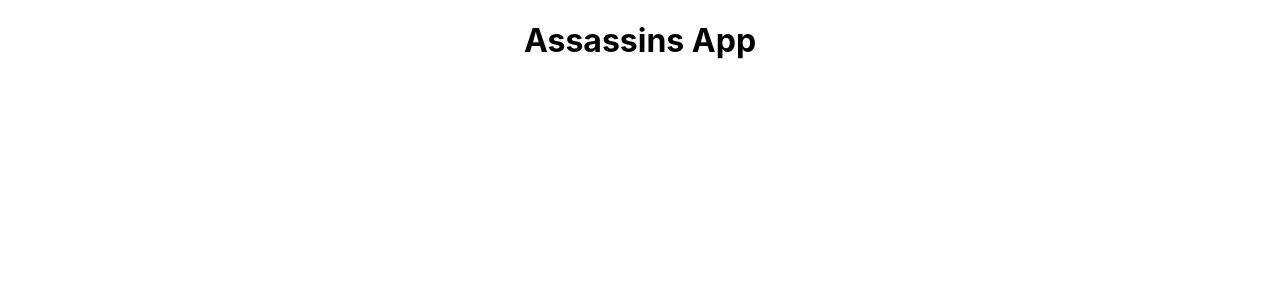
Repository: adrianle060606/assassinsApp
Page: /
These files come from the project's save history. The page is drawn as it stood at one moment and after the next save; the edit follows.
The browser window is 1280 px wide. The pictures show the whole page.
The page's requests for data from a server got no answer. The project was rebuilt for these pictures with package versions that can differ from the ones it lists, and the page was loaded fresh each time. No one was signed in, and anything a server would have sent is missing.

Above is the page before, as saved 2024-02-21 11:42:15.

### src/App.js
import logo from './logo.svg';
import './App.css';
import { Component } from 'react';
import {collection, getDocs, getFirestore} from 'firebase/firestore/lite';
import {app} from './firebase'

class App extends Component{

  constructor(props) {
    super(props);
    this.state = {
      notes:[]
    }
  }

  async refreshNotes() {
    var notesList = []
    const db = getFirestore(app);
    const notesCol = collection(db, 'notes');
    const notesSnapshot = await getDocs(notesCol);

    notesSnapshot.forEach(doc=> {
      let note=doc.data();
      note.id = doc.id;
      notesList.push(note);
    });

    this.setState({notes:notesList});


  }

  componentDidMount() {
    this.refreshNotes();
  }

  render() {
    const {notes} = this.state;

    return (
      <div className="App">
        <h1>Assassins App</h1>

        {notes.map(note=>
        <p>
        <b>* {note.description}</b>
        </p>
        )}
      </div>
    );
  }

}

export default App;

### src/firebase.js
import {initializeApp} from "firebase/app"

const firebaseConfig = {
    apiKey: "AIzaSyCCYyCPOYkv_amelZvxQo2RoSGBR_lOJPo",
    authDomain: "assassins-cfd69.firebaseapp.com",
    projectId: "assassins-cfd69",
    storageBucket: "assassins-cfd69.appspot.com",
    messagingSenderId: "382967018400",
    appId: "1:382967018400:web:9e6373be405cae851e6ac5",
    measurementId: "G-2N0LL4X1HS"
  };

export const app = initializeApp(firebaseConfig);

Loaded but not shown: public/index.html (common file); src/index.js (common file); src/index.css (common file); src/reportWebVitals.js (common file); src/App.css (common file)

After the next save:
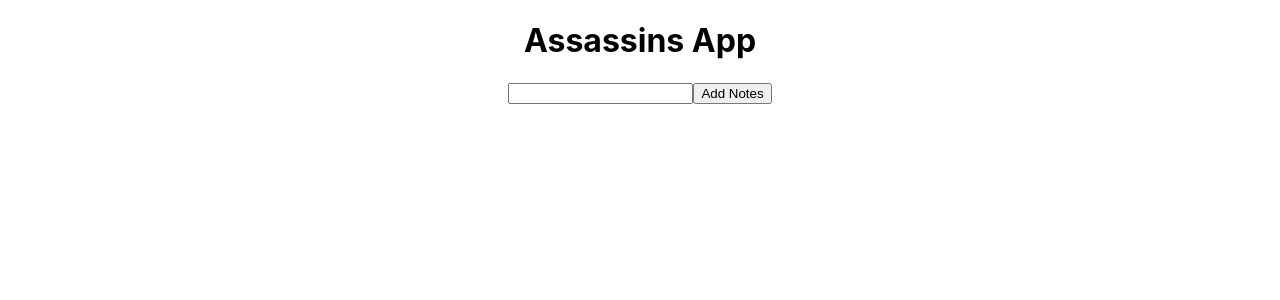
Saved 55 s later.
--- a/src/App.js
+++ b/src/App.js
@@ -41,9 +41,13 @@ class App extends Component{
       <div className="App">
         <h1>Assassins App</h1>
 
+        <input id = "newNotes"/>
+        <button onClick={()=>this.addClick()}> Add Notes</button>
+
         {notes.map(note=>
         <p>
         <b>* {note.description}</b>
+        <button onClick={()=>this.addClick()}> Delete Notes</button>
         </p>
         )}
       </div>
